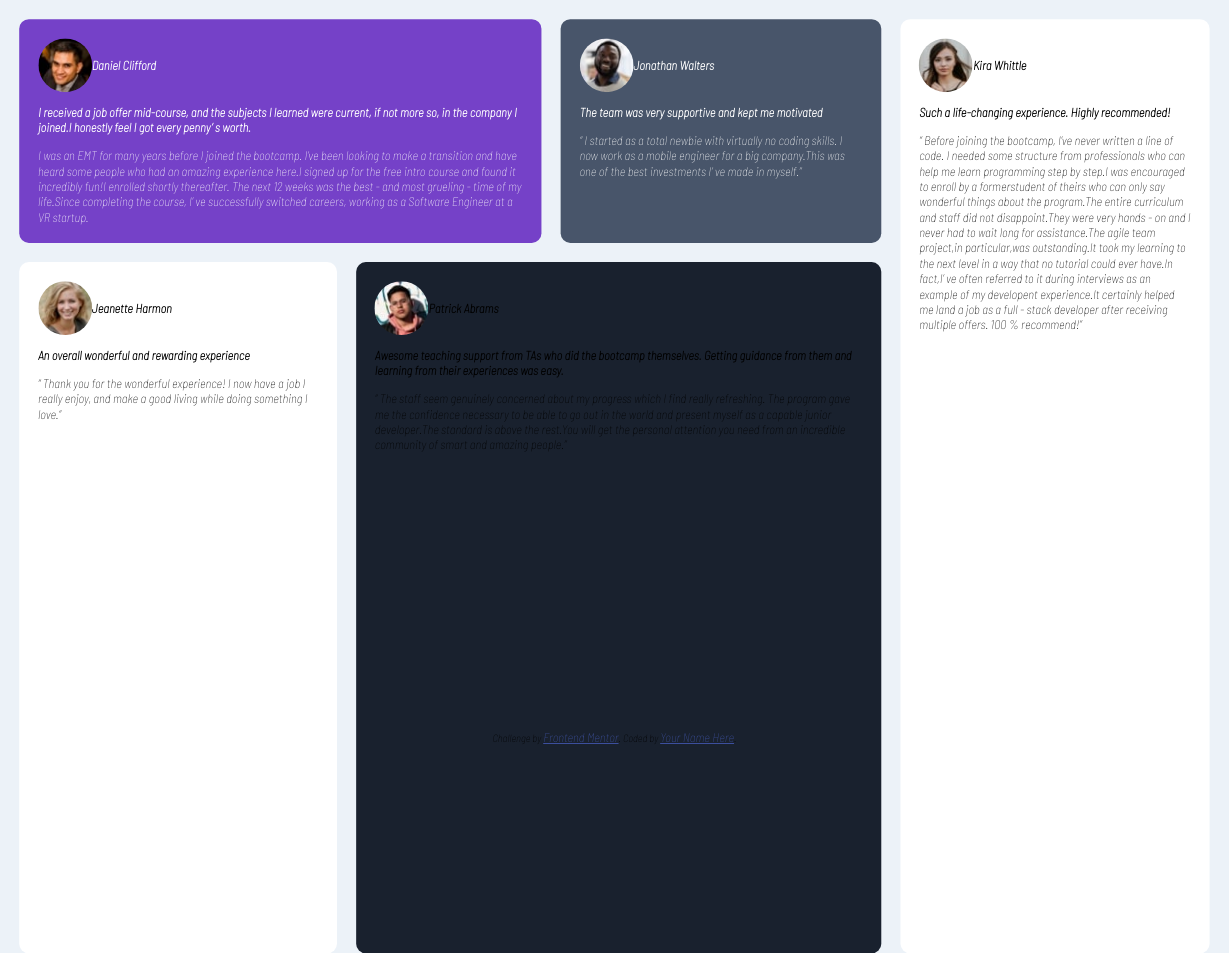
Repository: ibtihelbs/testimonials-grid-section-main
Page: index.html
An editor plug-in stored every save of this project. The page is shown before and after the next save, followed by the edit.
The browser window is 1280 px wide. The pictures show the whole page, at 96% of full size.

Above is the page before, as saved 2022-04-13 17:01:56.

### index.html
<!DOCTYPE html>
<html lang="en">
<head>
  <meta charset="UTF-8">
  <meta name="viewport" content="width=device-width, initial-scale=1.0"> <!-- displays site properly based on user's device -->
  <link rel="stylesheet" href="style.css">
  <link rel="icon" type="image/png" sizes="32x32" href="./images/favicon-32x32.png">

  <title>Frontend Mentor | [Challenge Name Here]</title>

  <!-- Feel free to remove these styles or customise in your own stylesheet 👍 -->
  <style>
    .attribution { font-size: 11px; text-align: center; }
    .attribution a { color: hsl(228, 45%, 44%); }
  </style>
</head>
<body>
  <main>

  </main>
  <div class="attribution">
    Challenge by <a href="https://www.frontendmentor.io?ref=challenge" target="_blank">Frontend Mentor</a>.
    Coded by <a href="#">Your Name Here</a>.
  </div>
  <script src="app.js"></script>
</body>
</html>

### style.css
@import url("https://fonts.googleapis.com/css2?family=Barlow+Semi+Condensed:ital,wght@1,100&display=swap");

:root {
  /*### Primary*/

  --Moderate-violet: hsl(263, 55%, 52%);
  --Grayish-blue: hsl(217, 19%, 35%);
  --Blackish-blue: hsl(219, 29%, 14%);
  --White: hsl(0, 0%, 100%);

  /*### Neutral*/

  --Light-gray: hsl(0, 0%, 81%);
  --Light-grayish-blue: hsl(210, 46%, 95%);
}

* {
  padding: 0;
  margin: 0;
  font-size: 13px;
  font-family: "Barlow Semi Condensed";
  box-sizing: border-box;
}
body {
  background-color: var(--Light-grayish-blue);
}
main {
  height: 100vh;
  display: flex;
  flex-wrap: wrap;
  gap: 20px;
  margin: 20px;
}
.testimonial{
 padding:1rem;
 border-radius: 10px;
}
.testimonial>*{
  padding: .5rem;
}
section:nth-child(1) {
  grid-area: first;
  background-color: var(--Moderate-violet);
  color:var(--White);
}

section:nth-child(1) h6::before {
  content: url(images/image-daniel.jpg);
  border-radius: 50%;
}
section:nth-child(2) {
  grid-area: second;
  background-color: var(--Grayish-blue);
  color:var(--White);
}
section:nth-child(3) {
  grid-area: third;
  background-color: var(--White);

  order: 4;
}
section:nth-child(4) {
  grid-area: four;
  order: 5;
  background-color: var(--White);
}
section:nth-child(5) {
  grid-area: fifth;
  height: 100vh;
  background-color: var(--White);
  background-color: var(--Blackish-blue);
  order: 3;
}

main {
  display: grid;
  grid-template-areas:
    'first first second third'
    'four fifth fifth third';
}
img{
  border-radius: 50%;
}
.figure{
  display:flex;
  align-items: center;
}

### app.js
let obj = []
let show = document.querySelector("main");
let _html=(title,h2,paragraph,img)=>{
  let section = document.createElement("section");
   section.setAttribute("class", "testimonial");
  let add = show.appendChild(section);
  section.innerHTML=`
      <div class="figure"><img src="${img}" alt=""><h5>${title}</h5></div>
      <h1>${h2}</h1>
      <p>${paragraph}</p>
   `;
}
let _LOOP = (fet) => {
  for (let i in fet) {
    let title = fet[i].title;
    let h2 = fet[i].h2;
    let paragraph = fet[i].paragraph;
    let img=fet[i].img;
    console.log(title,h2,paragraph);
    _html(title,h2,paragraph,img);
  }
}
fetch('data.json')
  .then((response) => response.json())
  .then((data) => {
    let strin = JSON.stringify(data);
    obj = JSON.parse(strin);
    _LOOP(obj);
  })

### data.json
[{
    "title": "Daniel Clifford",
    "h2": "I received a job offer mid-course, and the subjects I learned were current, if not more so,  in the company I joined.I honestly feel I got every penny’ s worth.",
    "paragraph": " I was an EMT for many years before I joined the bootcamp. I’ve been looking to make a transition and have heard some people who had an amazing experience here.I signed up for the free intro course and found it incredibly fun!I enrolled shortly thereafter. The next 12 weeks was the best - and most grueling - time of my life.Since completing the course, I’ ve successfully switched careers, working as a Software Engineer at a VR startup.",
    "img":"images/image-daniel.jpg"
},
{
    "title": "Jonathan Walters",
    "h2": " The team was very supportive and kept me motivated",
    "paragraph": " “ I started as a total newbie with virtually no coding skills. I now work as a mobile engineer for a big company.This was one of the best investments I’ ve made in myself.”",
    "img":"images/image-jonathan.jpg"
},
{
    "title": "Kira Whittle",
    "h2": "Such a life-changing experience. Highly recommended!",
    "paragraph": " “ Before joining the bootcamp, I’ve never written a line of code. I needed some structure from professionals who can help me learn programming step by step.I was encouraged to enroll by a formerstudent of theirs who can only say wonderful things about the program.The entire curriculum and staff did not disappoint.They were very hands - on and I never had to wait long for assistance.The agile team project,in particular,was outstanding.It took my learning to the next level in a way that no tutorial could ever have.In fact,I’ ve often referred to it during interviews as an example of my developent experience.It certainly helped me land a job as a full - stack developer after receiving multiple offers. 100 % recommend!”",
    "img":"images/image-kira.jpg"
},
{
    "title": "Jeanette Harmon",
    "h2": "An overall wonderful and rewarding experience",
    "paragraph": " “ Thank you for the wonderful experience! I now have a job I really enjoy, and make a good living while doing something I love.”",
    "img":"images/image-jeanette.jpg"
},

{
    "title": "Patrick Abrams",
    "h2": "Awesome teaching support from TAs who did the bootcamp themselves. Getting guidance from them and learning from their experiences was easy.",
    "paragraph": " “ The staff seem genuinely concerned about my progress which I find really refreshing. The program gave me the confidence necessary to be able to go out in the world and present myself as a capable junior developer.The standard is above the rest.You will get the personal attention you need from an incredible community of smart and amazing people.”",
    "img":"images/image-patrick.jpg"
}

]

After the next save:
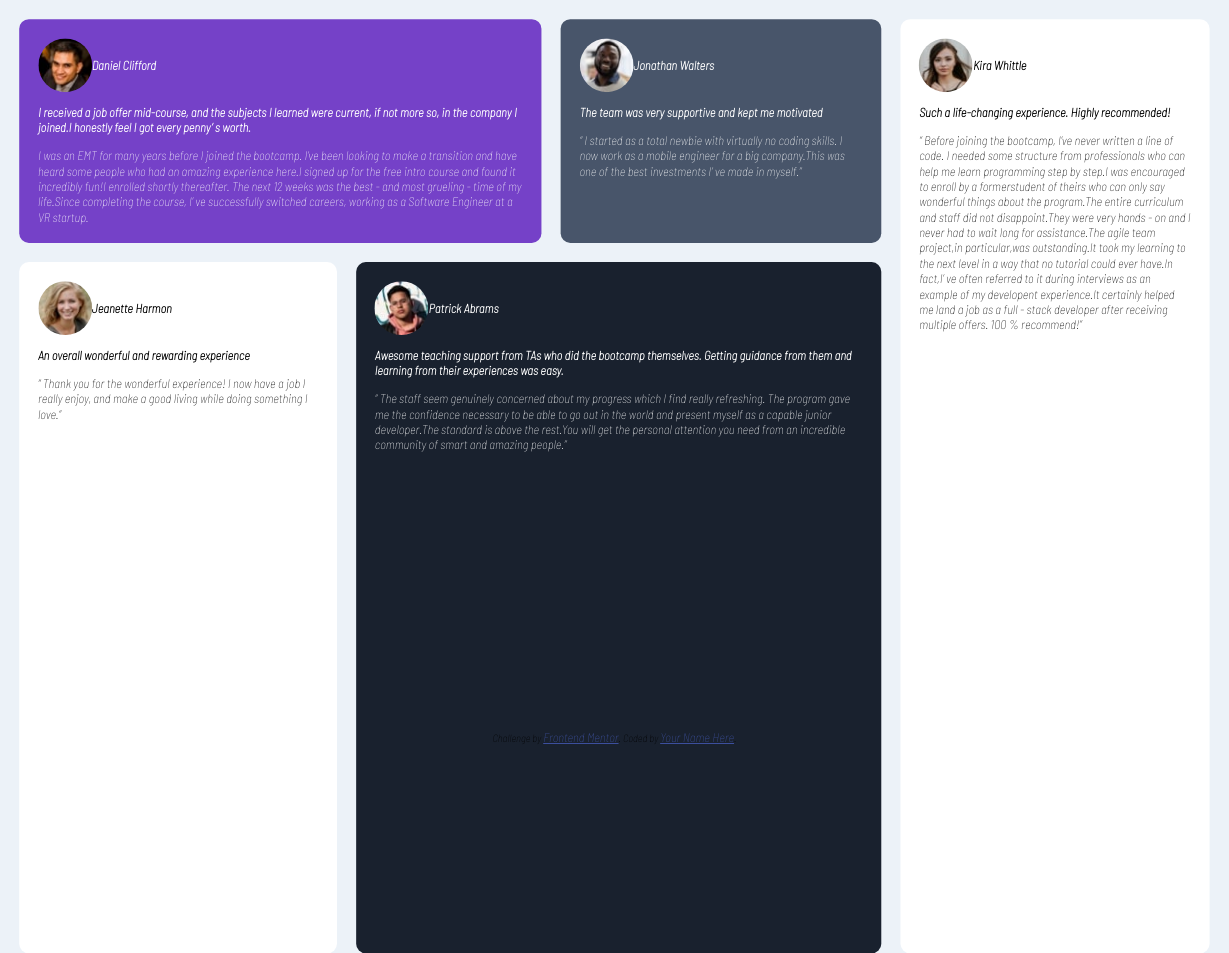
Saved 4 s later.
--- a/style.css
+++ b/style.css
@@ -67,7 +67,7 @@
 section:nth-child(5) {
   grid-area: fifth;
   height: 100vh;
-  background-color: var(--White);
+  color: var(--White);
   background-color: var(--Blackish-blue);
   order: 3;
 }
